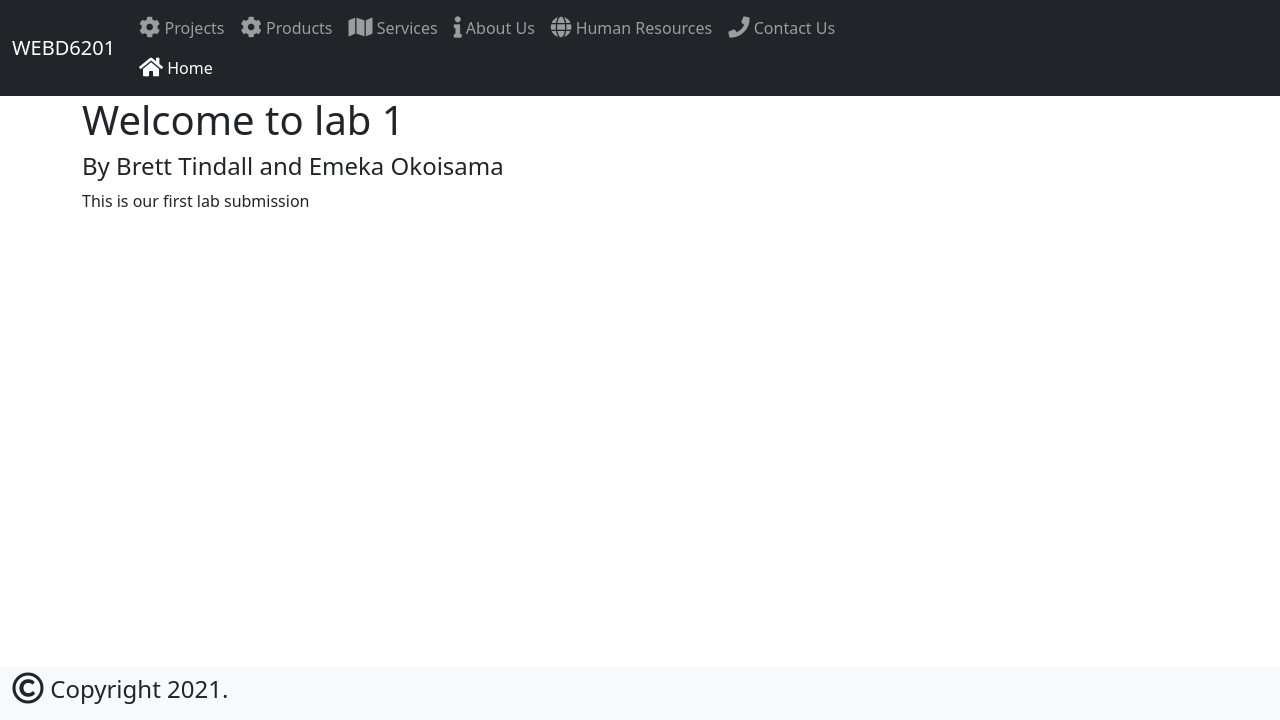
Repository: Sub4Sub/Lab_1
Page: index.html
The author's editor kept a copy of each file at every save. The page is drawn from the files as they stood at one save, then again after the next save.
The browser window is 1280 px wide. The pictures show the whole page.

Above is the page before, as saved 2021-02-05 15:16:17.

After the next save:
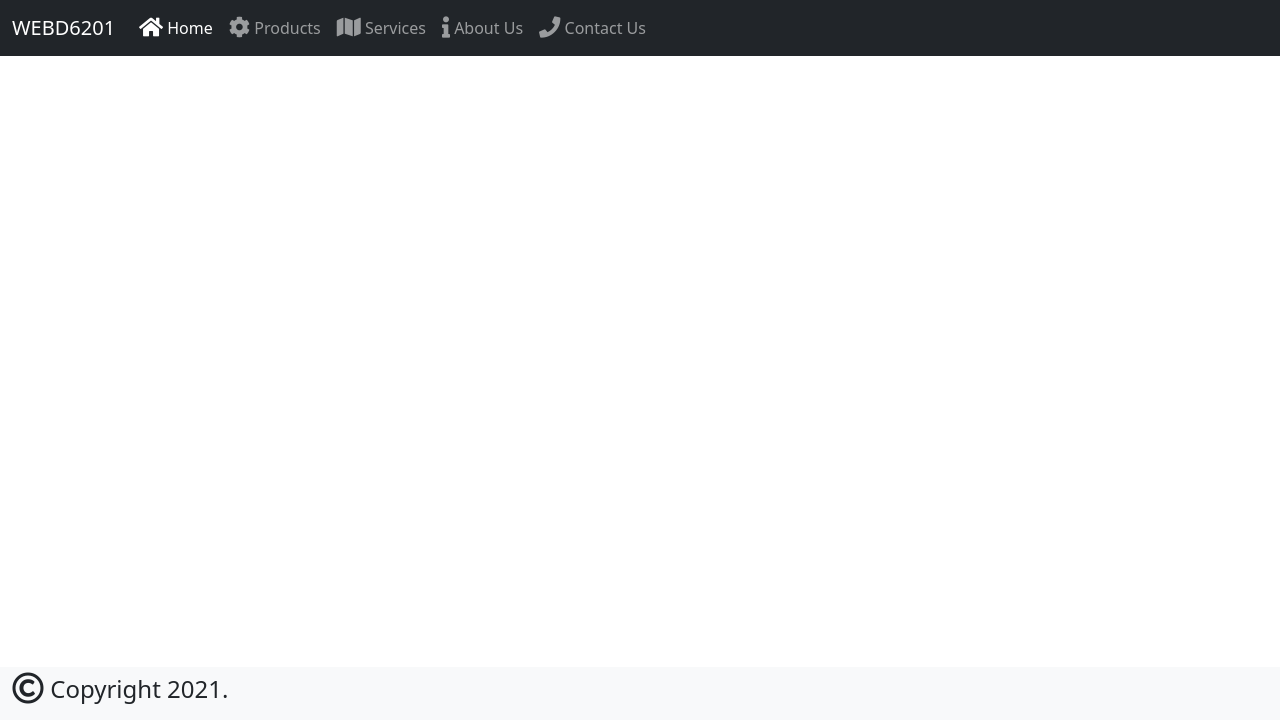
Console error: TypeError: Failed to execute 'replaceChild' on 'Node': parameter 2 is not of type 'Node'.
Saved 14 s later.
--- a/Scripts/app.js
+++ b/Scripts/app.js
@@ -139,7 +139,7 @@
     {
         console.log("App Started...");
 
-        let productsButton = document.getElementById("headerList").childNodes[1];
+        let productsButton = document.getElementById("headerList").childNodes[0];
 
        //productsButton.textContent = "Projects";
 

After the save that followed:
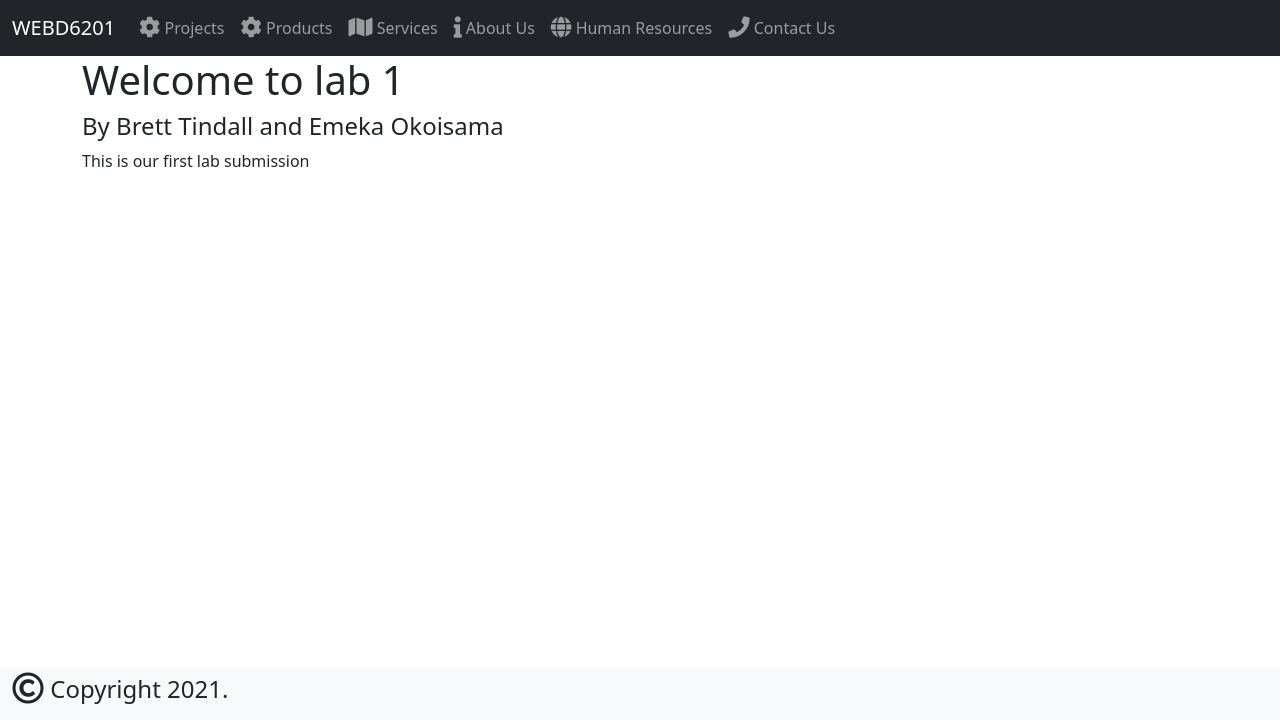
The error is gone.
Saved 15 s later.
--- a/Scripts/app.js
+++ b/Scripts/app.js
@@ -139,7 +139,7 @@
     {
         console.log("App Started...");
 
-        let productsButton = document.getElementById("headerList").childNodes[0];
+        let productsButton = document.getElementById("headerList").childNodes[1];
 
        //productsButton.textContent = "Projects";
 
@@ -152,7 +152,7 @@
                 </li>
       `
 
-       productsButton.replaceChild(newListItem, productsButton.childNodes[0]);
+       productsButton.replaceChild(newListItem, productsButton.childNodes[1]);
 
         addHumanResourcesButton();
 
